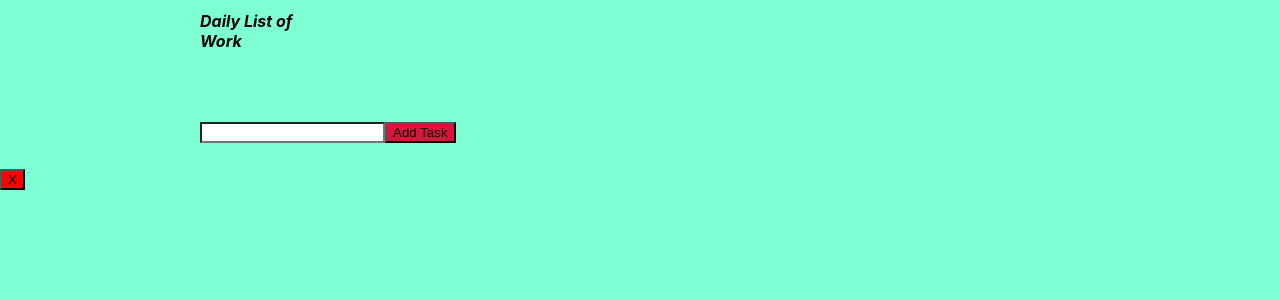
Repository: iamjayenmthakuri/todolist
Page: /, after clicking the first element matching `button.button`
These files come from the project's save history. The page is drawn as it stood at one moment and after the next save; the edit follows.
The browser window is 1280 px wide. The pictures show the whole page.
The project was rebuilt for these pictures with package versions that can differ from the ones it lists, and the page was loaded fresh each time.

Above is the page before, as saved 2022-09-19 10:34:30.

### src/App.js
import React from 'react';
import { useState } from 'react';
import "./App.css";

function App() {
  const [todoList, setTodoList] = useState([]);
  const [newTask, setNewTask] = useState("");

  const handleOnChange = (event) => {
    setNewTask(event.target.value)
  };

  const addTask = () => {
    const task = {
      id: todoList.length === 0 ? 1 : todoList[todoList.length - 1].id + 1,
      taskName: newTask,
    }
    setTodoList([...todoList, task]);
  };

  const deleteTask = (id) => {
    setTodoList(todoList.filter((task) => task.id !== id));
  };
  return (
    <div>
      <div><h1 className='title'>Daily List of Work</h1>

      <input  className='input' onChange={handleOnChange} />
      <button className='button' onClick={addTask}>Add Task</button>
      {todoList.map((task) => {
        return (<>
          <div className='container'>
            <h6 className='hig'>{task.taskName}</h6>
            </div>
            <button className='bt' onClick={() => deleteTask(task.id)}>X</button>
            </>
        );
      })}
    </div>
    </div>
  );
}

export default App;

### src/App.css
body{
  background-color: aquamarine;
  display:grid;
  background-position: center;
  position: absolute;
}
.title{
  height: 100px;
  width: 110px;
  font-size: medium;
  font-weight: bold;
  font-style: italic;
  background-position: center;
  transform: translate(200px);
}
.container{
  background-color: white;
  height:max-content;
  width:min-content;
  margin-bottom: auto;
  margin-top: auto;
}
hig{
  background-color: white;
  margin-bottom: auto;
  margin-top: auto;
}


.bt{
  background-color: red;
  height: min-content;
  width: min-content;
  margin: auto;
}
.input{
  background-color: white;
  height: max-content;
  width: max-content;
  transform: translate(200px);
}
.button{
  background-color:crimson;
  height: max-content;
  width: max-content;
  transform: translate(200px);
}

Loaded but not shown: public/index.html (common file); src/index.js (common file); src/index.css (common file); src/reportWebVitals.js (common file)

After the next save:
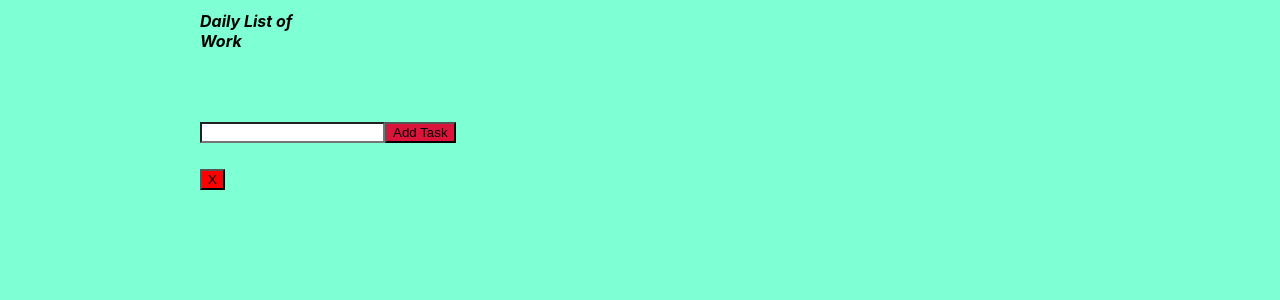
Saved 24 s later.
--- a/src/App.css
+++ b/src/App.css
@@ -32,6 +32,7 @@ hig{
   height: min-content;
   width: min-content;
   margin: auto;
+  transform: translate(200px);
 }
 .input{
   background-color: white;
